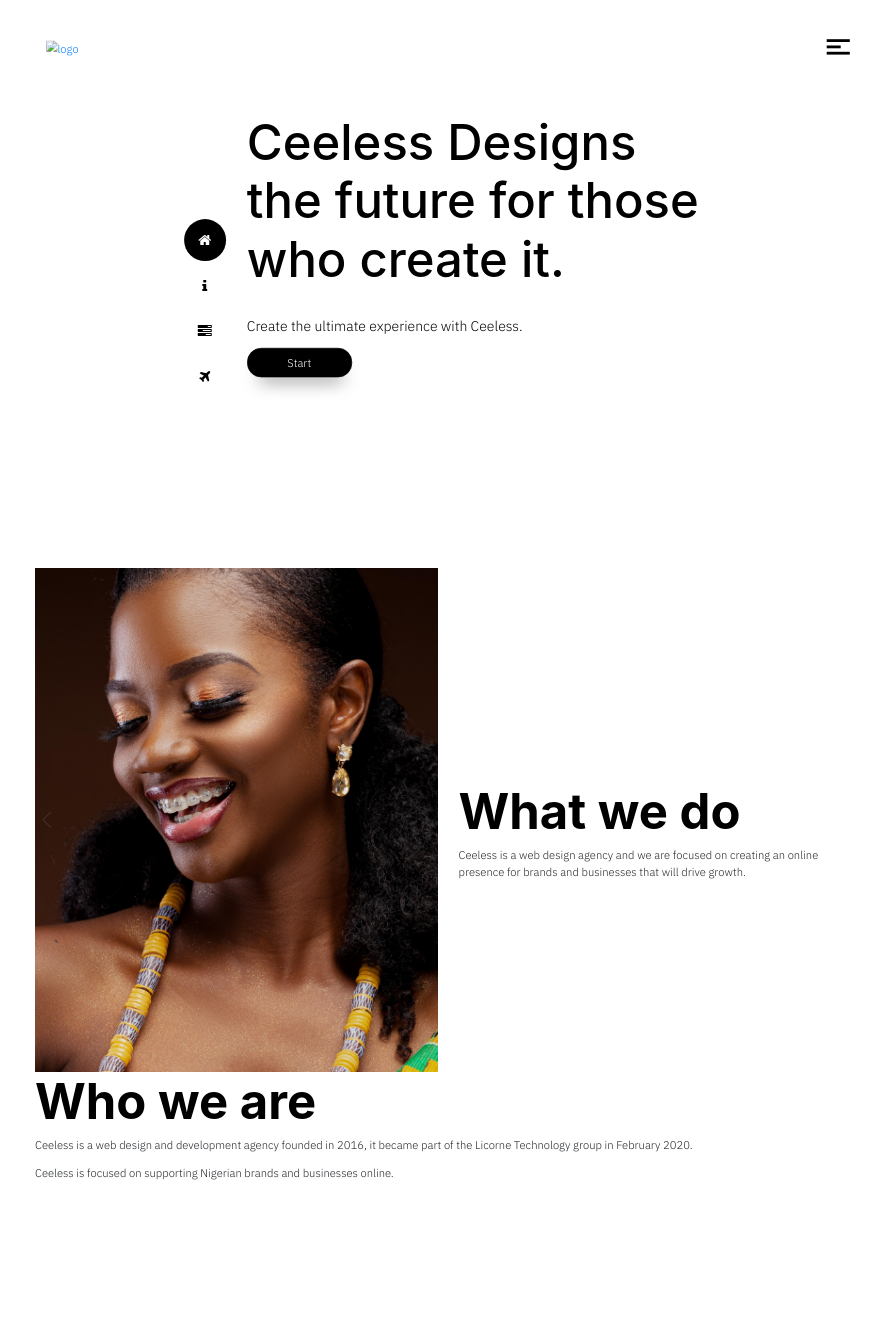
Repository: Licorne-Technologies/Ceeless-v2
Page: index.html
An editor plug-in stored every save of this project. The page is shown before and after the next save, followed by the edit.
The browser window is 1280 px wide. The pictures show the part of the page from y = 0 to 1920 px (the page is 3037 px tall), at 70% of full size.
Some web libraries are served in a nearby version. The style sheet was rebuilt from its Sass, Less or Tailwind sources for each picture, by a compiler version that may differ from the author's.

Above is the page before, as saved 2020-06-15 13:25:37.

After the next save:
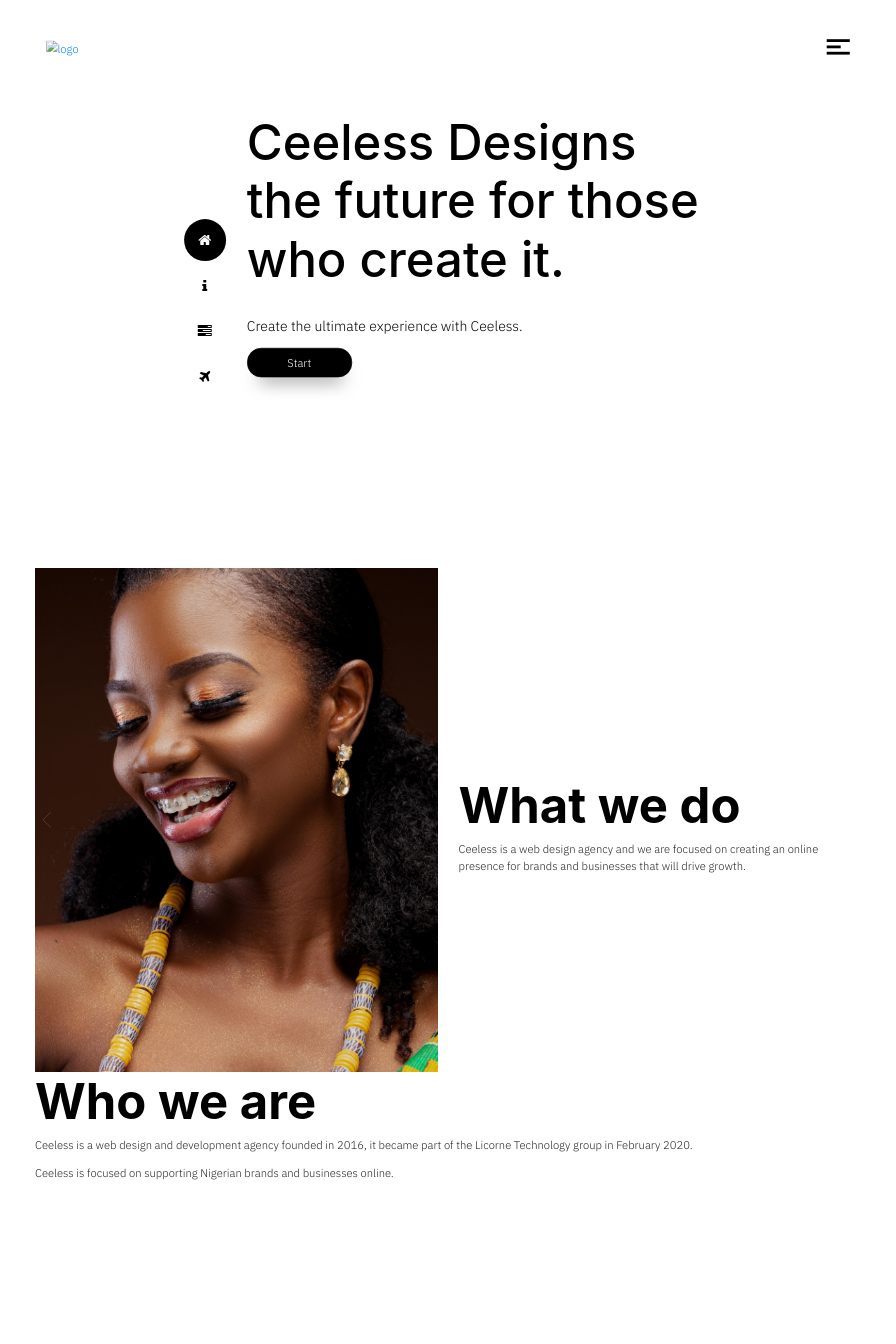
Saved 22 s later.
--- a/index.html
+++ b/index.html
@@ -122,6 +122,9 @@
                 <h2 class="title pt-5">What we do</h2>
                 <p>Ceeless is a web design agency and we are focused on creating an online presence for brands and businesses that will drive growth.</p>
                 <!--What we do Progress bar-->
+                <ul class="progressList">
+
+                </ul>
             </div>
         </div>
     </section>
